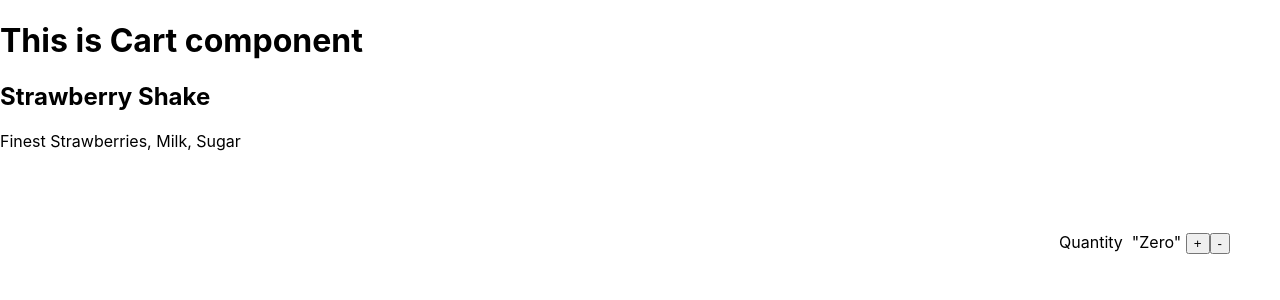
Repository: suhail-yazdan/shopping-cart-react
Page: /
An editor plug-in stored every save of this project. The page is shown before and after the next save, followed by the edit.
The browser window is 1280 px wide. The pictures show the whole page.
The project was rebuilt for these pictures with package versions that can differ from the ones it lists, and the page was loaded fresh each time. Also part of the build but not shown: src/App.css, src/cardstyle.css.

Above is the page before, as saved 2023-10-04 16:10:21.

### src/App.js
import './App.css';
import Card from "./Card.jsx";
import Cart from "./Cart.jsx";

function App() {
  // const [products, setProducts] = useState([
  //   {
  //     pid: 1,
  //     name: "Strawberry Shake",
  //     desc: "Finest Strawberries, Milk, Sugar",
  //     price: 149,
  //     quantity: 0
  //   },
  //   {
  //     pid: 2,
  //     name: "Chocolate Fantasy",
  //     desc: "Brownie with chocolate sauce topped with Vanilla Ice cream",
  //     price: 249,
  //     quantity: 0
  //   },
  //   {
  //     pid: 3,
  //     name: "Mediterranean Delight",
  //     desc: "Nuts and Dates from the soils of Algeria",
  //     price: 329,
  //     quantity: 0
  //   }
  // ])
  return (
    <div>
      <header>
          <div className="grid1200">
            <Cart/>
          </div>
        </header>
        <main>
          <div className="grid1200">
            <Card/>
          </div>
        </main>
    </div>
  );
}

export default App;

### src/Card.jsx
import React from 'react'
import Counter from './Counter'
import "./cardstyle.css";

const Card = () => {
  return (
    <div>
      <h2> Strawberry Shake </h2>
      <p> Finest Strawberries, Milk, Sugar </p>
      <div>
        <Counter />
      </div>
    </div>
  )
}

export default Card

### src/Cart.jsx
import "./cartstyle.css"

const Cart = () => {
  return (
    <div>
      <h1>This is Cart component</h1>
    </div>
  )
}

export default Cart

### src/Counter.js
import "./counterstyle.css";

export default function Counter() {
    return (
      <div className="counter">
        Quantity &nbsp;
        <span>
          "Zero"
        </span>
        &nbsp;
        <button>
          +
        </button>
        <button>
          -
        </button>
      </div>
    );
}

### src/counterstyle.css
.counter {
    float: right;
    margin-top: 65px;
    margin-right: 50px;
  }

  .badge {
    padding: 2px 8px;
    border-radius: 6px;
    background-color: #222;
    font-weight: bold;
  }

  .badge-primary {
    background-color: #36b;
    color: white;
  }

  .badge-secondary {
    background-color: #666;
    color: white;
  }

  .badge-warning {
    background-color: #db0;
    color: black;
  }

  .btn {
    padding: 4px 8px;
    border-radius: 3px;
    cursor: pointer;
    background-color: #222;
    color: white;
    border: none;
    margin-left: 3px;
  }

  .btn-secondary {
    background-color: #666;
  }

  .btn-danger {
    background-color: #d33;
  }

### src/cartstyle.css
div.cart {
  padding: 9px;
  background-color: #ddf;
  float: right;
  position: relative;
  cursor: pointer;
}

div.popup {
  position: absolute;
  z-index: 200;
  width: 200px;
  height: 150px;
  padding: 15px 20px;
  background-color: #ccd;
  top: 80px;
  right: 0px;
}

.menu-on {
  display: block;
}

.menu-off {
  display: none;
}

.cart ul {
  margin: 0px;
  padding: 0px;
  list-style-type: none;
}

.cart ul li {
  line-height: 40px;
}

Loaded but not shown: public/index.html (common file); src/index.js (common file); src/index.css (common file); src/reportWebVitals.js (common file)

After the next save:
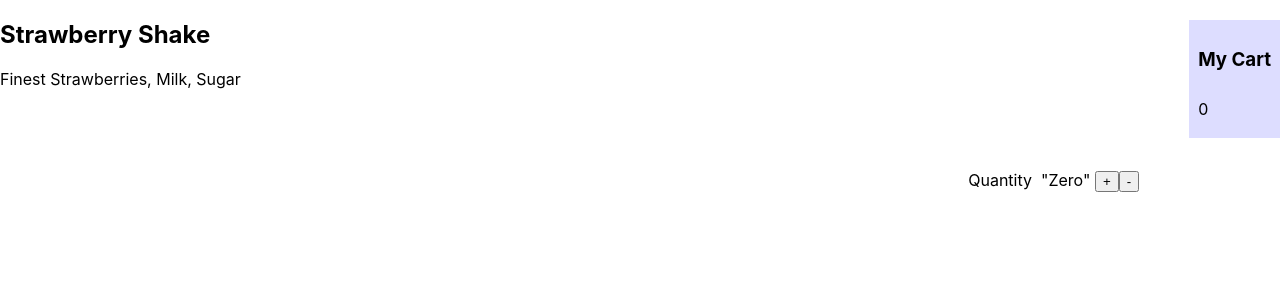
Saved 3 min 3 s later.
--- a/src/Cart.jsx
+++ b/src/Cart.jsx
@@ -2,9 +2,16 @@ import "./cartstyle.css"
 
 const Cart = () => {
   return (
-    <div>
-      <h1>This is Cart component</h1>
-    </div>
+    <div className="cart">
+        <h3> My Cart </h3>
+        <div>
+          <ul>
+              <li>
+                0
+              </li>
+          </ul>
+        </div>
+      </div>
   )
 }
 
